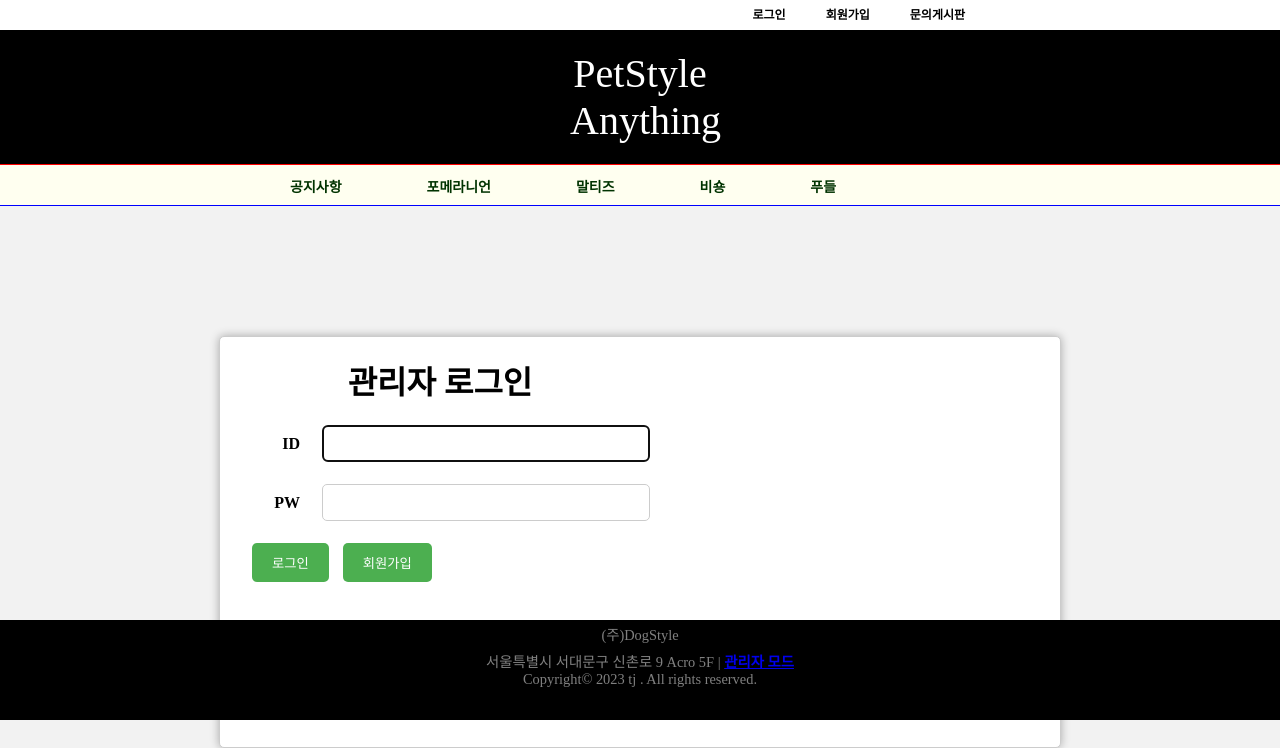
Repository: kdkk2000/Project
Page: http://localhost/petstyle/admin/adminLogin.jsp
These files come from the project's save history. The page is drawn as it stood at one moment and after the next save; the edit follows.
The browser window is 1280 px wide. The pictures show the whole page.
The page is served by Tomcat 9. The template is opened directly, without the code that normally fills it, so the values that code supplies are empty.

Above is the page before, as saved 2023-03-29 06:36:20.

After the next save:
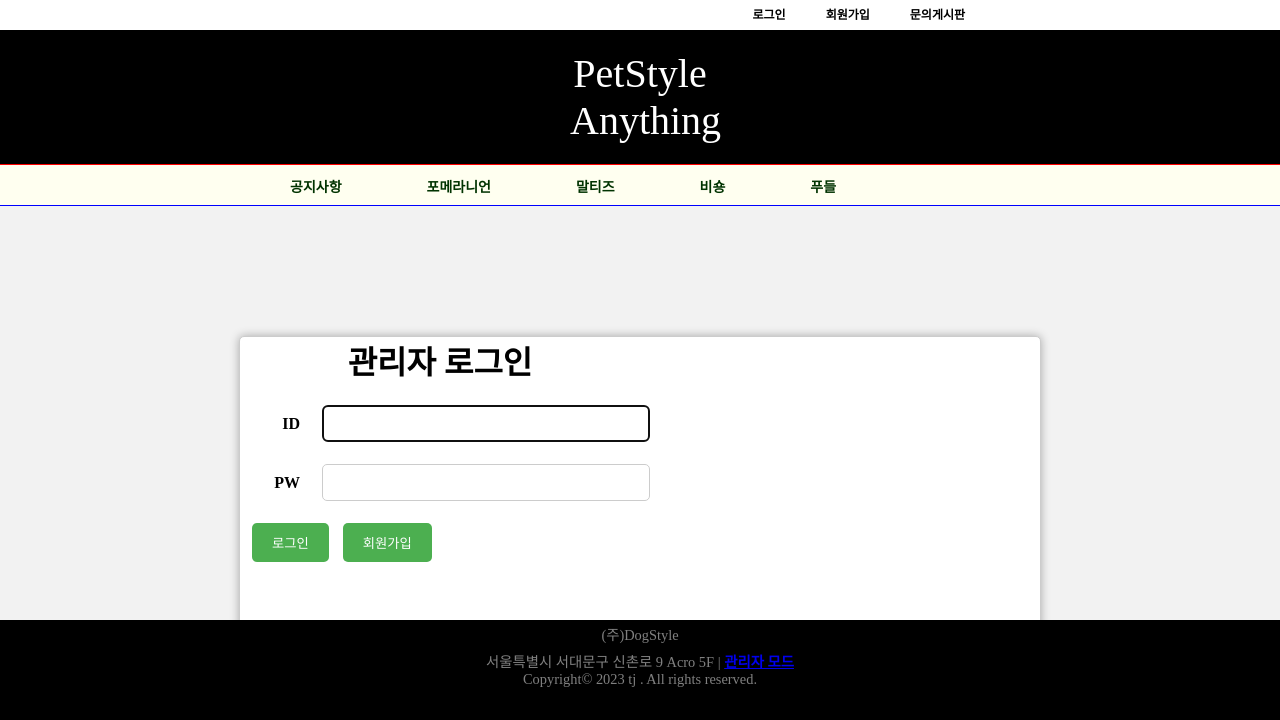
Saved 10 s later.
--- a/petstyle/WebContent/css/login.css
+++ b/petstyle/WebContent/css/login.css
@@ -7,7 +7,6 @@ body {
 #content_form {
   width: 50%;
   margin: 100px auto 0;
-  padding: 20px;
   background-color: #fff;
   border: 1px solid #ccc;
   border-radius: 5px;
